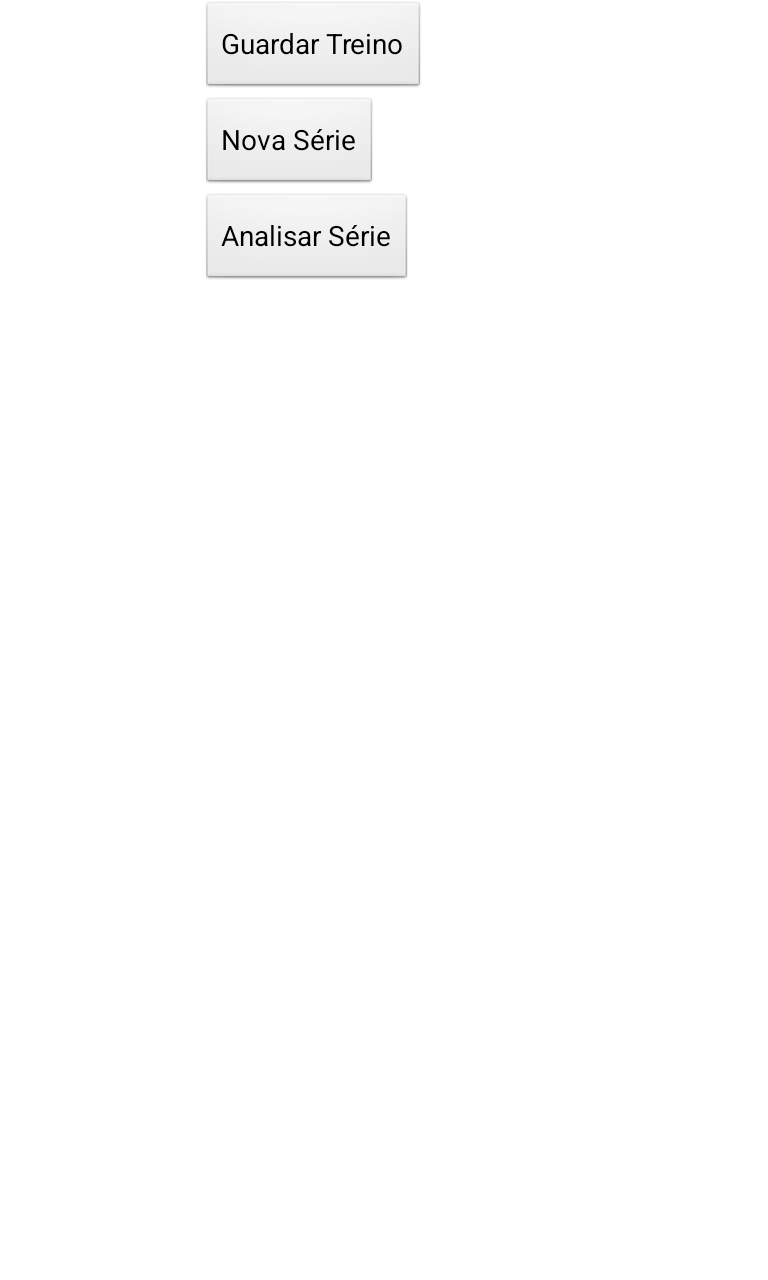
Repository: BrunoDeNadaiSarnaglia/Exame
Layout: Exame/res/layout/activity_main.xml
The author's editor kept a copy of each file at every save. The layout is drawn from the files as they stood at one save, then again after the next save.
It is drawn on a 768 x 1280 px phone screen (xhdpi) without system bars, with theme AppTheme; the app's code is not run.

Above is the layout before, as saved 2013-07-09 18:52:12.

After the next save:
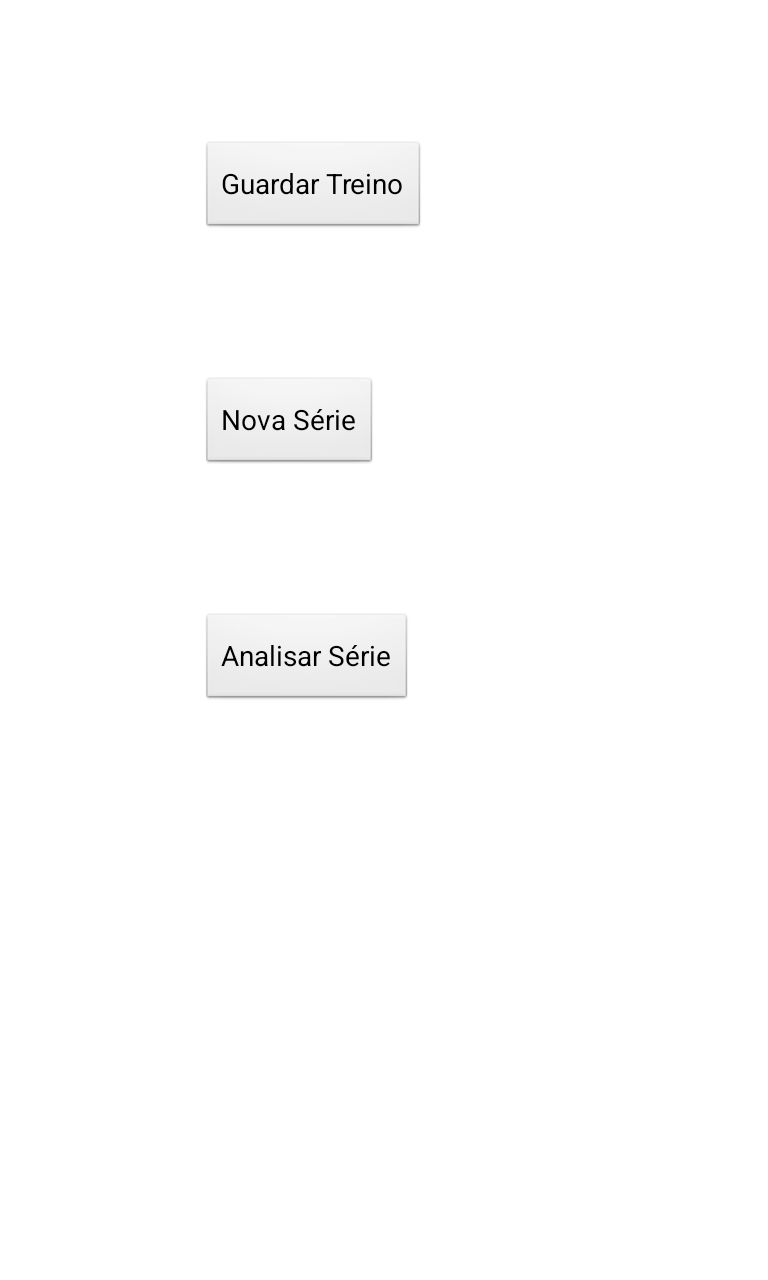
Saved 62 s later.
--- a/Exame/res/layout/activity_main.xml
+++ b/Exame/res/layout/activity_main.xml
@@ -5,18 +5,21 @@
     android:orientation="vertical">
 
     <Button
+        android:layout_marginTop="70dp"
         android:layout_marginLeft="100dp"
         android:layout_width="wrap_content"
         android:layout_height="wrap_content"
         android:text="Guardar Treino" />
 
     <Button
+        android:layout_marginTop="70dp"
         android:layout_marginLeft="100dp"
         android:layout_width="wrap_content"
         android:layout_height="wrap_content"
         android:text="Nova Série" />
 
     <Button
+        android:layout_marginTop="70dp"
         android:layout_marginLeft="100dp"
         android:layout_width="wrap_content"
         android:layout_height="wrap_content"
